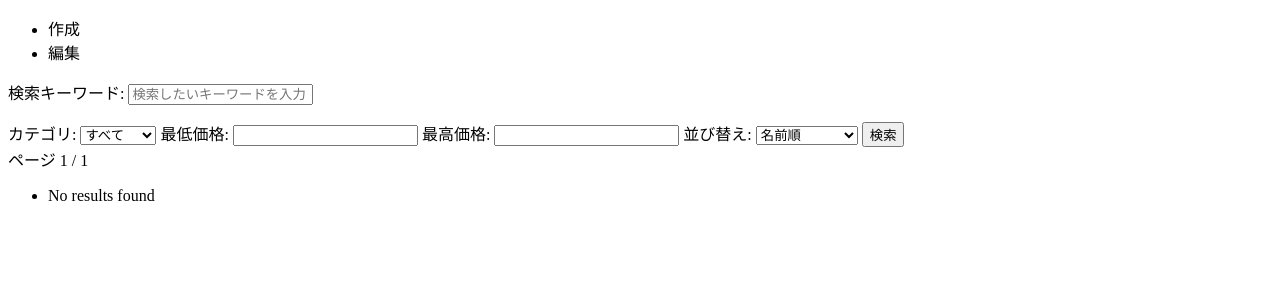
Repository: mamesuke7274/2024_kouki_kuwayamasyoutarou
Page: http://localhost/
The author's editor kept a copy of each file at every save. The page is drawn from the files as they stood at one save, then again after the next save.
The browser window is 1280 px wide. The pictures show the whole page.
The page is served by the project's application, run on Django 4.2 (manage.py). Other server files are loaded and not shown. Queries for data that is not in the repository find no rows.

Above is the page before, as saved 2024-10-19 09:45:19.

### search_app/views.py
from django.shortcuts import render, get_object_or_404, redirect
from .models import Product, Category
from .forms import ProductForm, SearchForm
from django.core.paginator import Paginator

def product_create(request):
    if request.method == 'POST':
        form = ProductForm(request.POST)
        if form.is_valid():
            form.save()
            return redirect('product_list')
    else:
        form = ProductForm()
    return render(request, 'product_form.html', {'form': form})

def product_detail(request, pk):
    product = get_object_or_404(Product, pk=pk)

    return render(request, 'product_detail.html', {'product': product})

def product_update(request, pk):
    product = get_object_or_404(Product, pk=pk)
    if request.method == 'POST':
        form = ProductForm(request.POST, instance=product)
        if form.is_valid():
            form.save()
            return redirect('product_detail', pk=product.pk)
    else:
        form = ProductForm(instance=product)
    # product オブジェクトをテンプレートに渡す
    return  render(request,  'product_form.html',  {'form':  form,  'product': product})

def product_delete(request, pk):
    product = get_object_or_404(Product, pk=pk)
    if request.method == 'POST':
        product.delete()
        return redirect('product_list')
    return render(request, 'product_confirm_delete.html', {'product': product})

def product_list(request):
    products = Product.objects.all()
    print(products)
    return render(request, 'product_list.html', {'products': products})

def search_view(request):
    form = SearchForm(request.GET or None)
    results = Product.objects.all()  # クエリセットの初期化
    if form.is_valid():
        query = form.cleaned_data['query']
        if query:
            results = results.filter(name__icontains=query)
    # カテゴリフィルタリング
    category_name = request.GET.get('category')
    if category_name:
        try:
            # カテゴリ名に基づいてカテゴリIDを取得
            category = Category.objects.get(name=category_name)
            results = results.filter(category_id=category.id)
        except Category.DoesNotExist:
            results = results.none() # 存在しないカテゴリの場合、結果を空にする
            category = None

    # 価格のフィルタリング（最低価格・最高価格）
    min_price = request.GET.get('min_price')
    max_price = request.GET.get('max_price')
    if min_price:
        results = results.filter(price__gte=min_price)
    if max_price:
        results = results.filter(price__lte=max_price)

    # 並び替え処理
    sort_by = request.GET.get('sort', 'name')
    if sort_by == 'price_asc':
        results = results.order_by('price')
    elif sort_by == 'price_desc':
        results = results.order_by('-price')

    # クエリセットをリストに変換せず、直接Paginatorに渡す
    paginator = Paginator(results, 10)
    page_number = request.GET.get('page')
    page_obj = paginator.get_page(page_number)

    return render(request, 'search.html', {'form': form, 'page_obj': page_obj, 'results': results})

### search_app/templatetags/custom_filters.py
from django import template

register = template.Library()

@register.filter
def to(value):
    try:
        return range(1, value + 1)
    except TypeError:
        return []

### search_app/templates/search.html
<!DOCTYPE html>
<html lang="en">

<head>
    <meta charset="UTF-8">
    <meta name="viewport" content="width=device-width, initial-scale=1.0">
    <title>search_app</title>
</head>

<body>
    <header>
        <nav>
            <ul>
                <li>作成</li>
                <li>編集</li>

            </ul>
        </nav>
    </header>
    <form method="get">
        {{ form.as_p }}
        <label for="category">カテゴリ:</label>
        <select name="category">
            <option value="">すべて</option>
            <option value="プログラミング">本</option>
            <option value="電子機器">電子機器</option>
        </select>
        <label for="min_price">最低価格:</label>
        <input type="number" name="min_price" min="0">
        <label for="max_price">最高価格:</label>
        <input type="number" name="max_price" min="0">
        <!-- 並び替えの選択 -->
        <label for="sort">並び替え:</label>
        <select name="sort">
            <option value="name">名前順</option>
            <option value="price_asc">価格が安い順</option>
            <option value="price_desc">価格が高い順</option>
        </select>
        <button type="submit">検索</button>
    </form>
    <div class="pagination">
        <span class="step-links">
            {% if page_obj.has_previous %}
            <a href="?page=1">最初</a>
            <a href="?page={{ page_obj.previous_page_number }}">前へ</a>
            {% endif %}

            <span>ページ {{ page_obj.number }} /
                {{ page_obj.paginator.num_pages }}</span>

            {% if page_obj.has_next %}
            <a href="?page={{ page_obj.next_page_number }}">次へ</a>
            <a href="?page={{ page_obj.paginator.num_pages }}">最後</a>
            {% endif %}
        </span>
    </div>
    <ul>
        {% for product in page_obj %}
        <li>{{ product.name }} - {{ product.price }}</li>
        {% empty %}
        <li>No results found</li>
        {% endfor %}
    </ul>



</body>

</html>

### search_app/forms.py
from django import forms
from .models import Product

class SearchForm(forms.Form):
    query = forms.CharField(
        label='検索キーワード',
        max_length=100,
        required=False,
        widget=forms.TextInput(attrs={'placeholder': '検索したいキーワードを入力'})
    )

class ProductForm(forms.ModelForm):
    class Meta:
        model = Product
        fields = ['name', 'description', 'price', 'category']

### search_project/urls.py
from django.contrib import admin
from django.urls import path,include

urlpatterns = [
    path('admin/', admin.site.urls),
    path('', include('search_app.urls')),
]

### search_app/urls.py
from django.urls import path
from . import views
urlpatterns = [
    path('', views.search_view, name='search'),
    path('search/', views.search_view, name='search_view'),
    path('product/new/', views.product_create, name='product_create'),
    path('product/<int:pk>/', views.product_detail, name='product_detail'),
    path('product/<int:pk>/edit/',  views.product_update, name='product_update'),
    path('product/<int:pk>/delete',  views.product_delete, name='product_delete'),
    path('product/', views.product_list, name='product_list'),
]

After the next save:
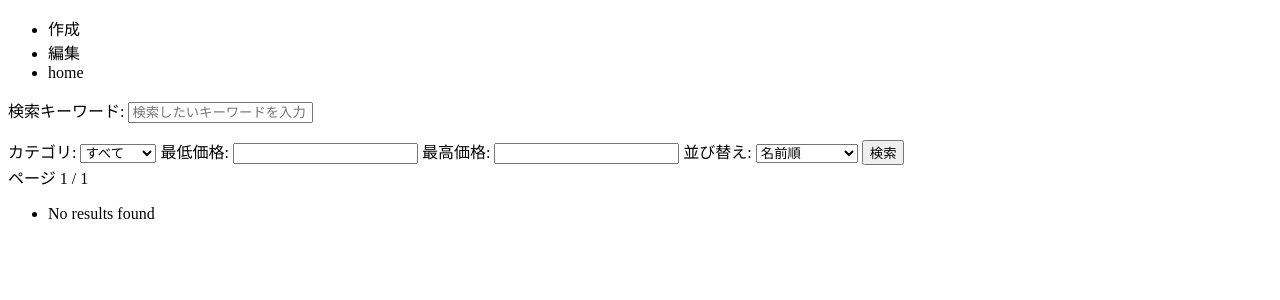
Saved 14 s later.
--- a/search_app/templates/search.html
+++ b/search_app/templates/search.html
@@ -13,7 +13,7 @@
             <ul>
                 <li>作成</li>
                 <li>編集</li>
-
+                <li>home</li>
             </ul>
         </nav>
     </header>
